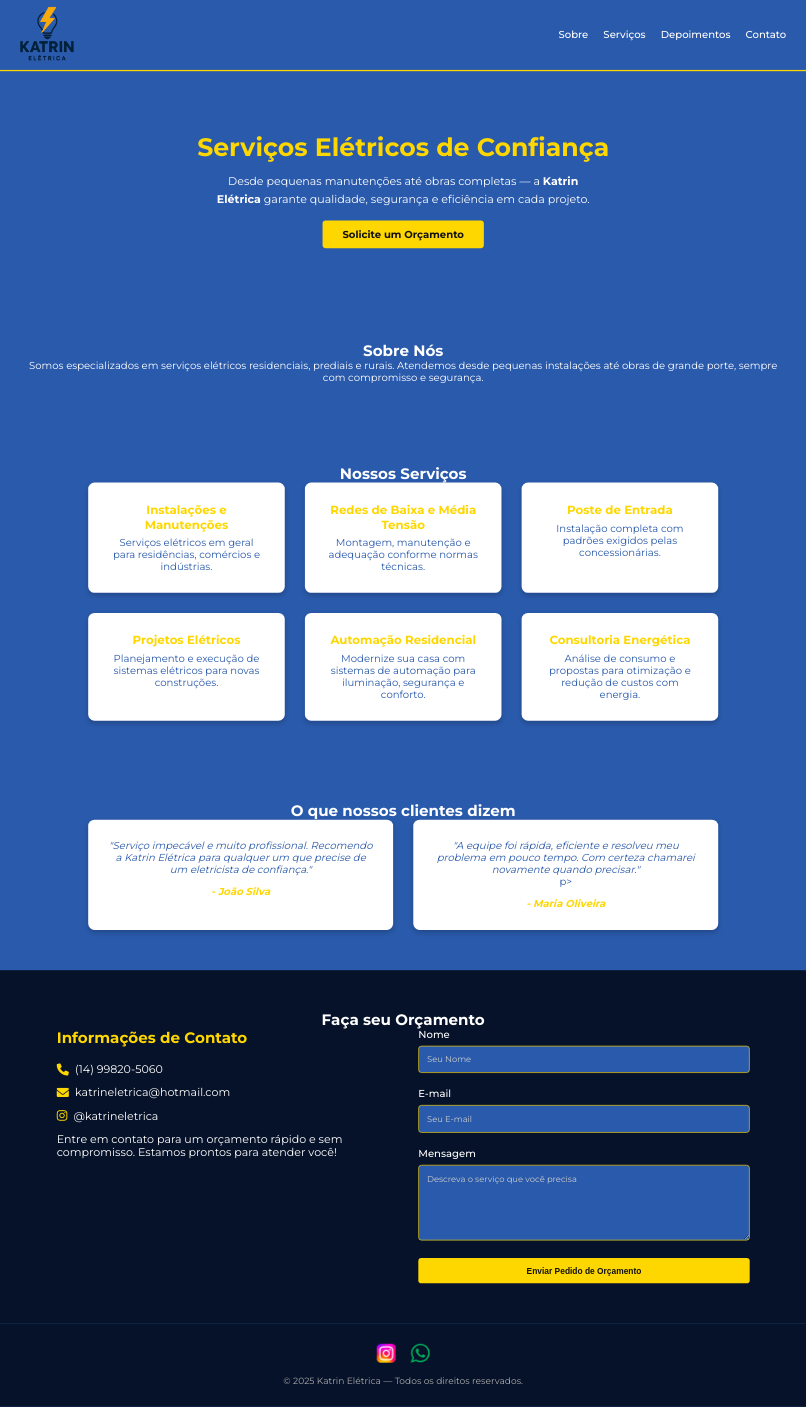
Repository: Jvcamargo1/katrin-site
Page: index.html
The author's editor kept a copy of each file at every save. The page is drawn from the files as they stood at one save, then again after the next save.
The browser window is 1280 px wide. The pictures show the whole page, at 63% of full size.

Above is the page before, as saved 2025-11-06 21:14:32.

After the next save:
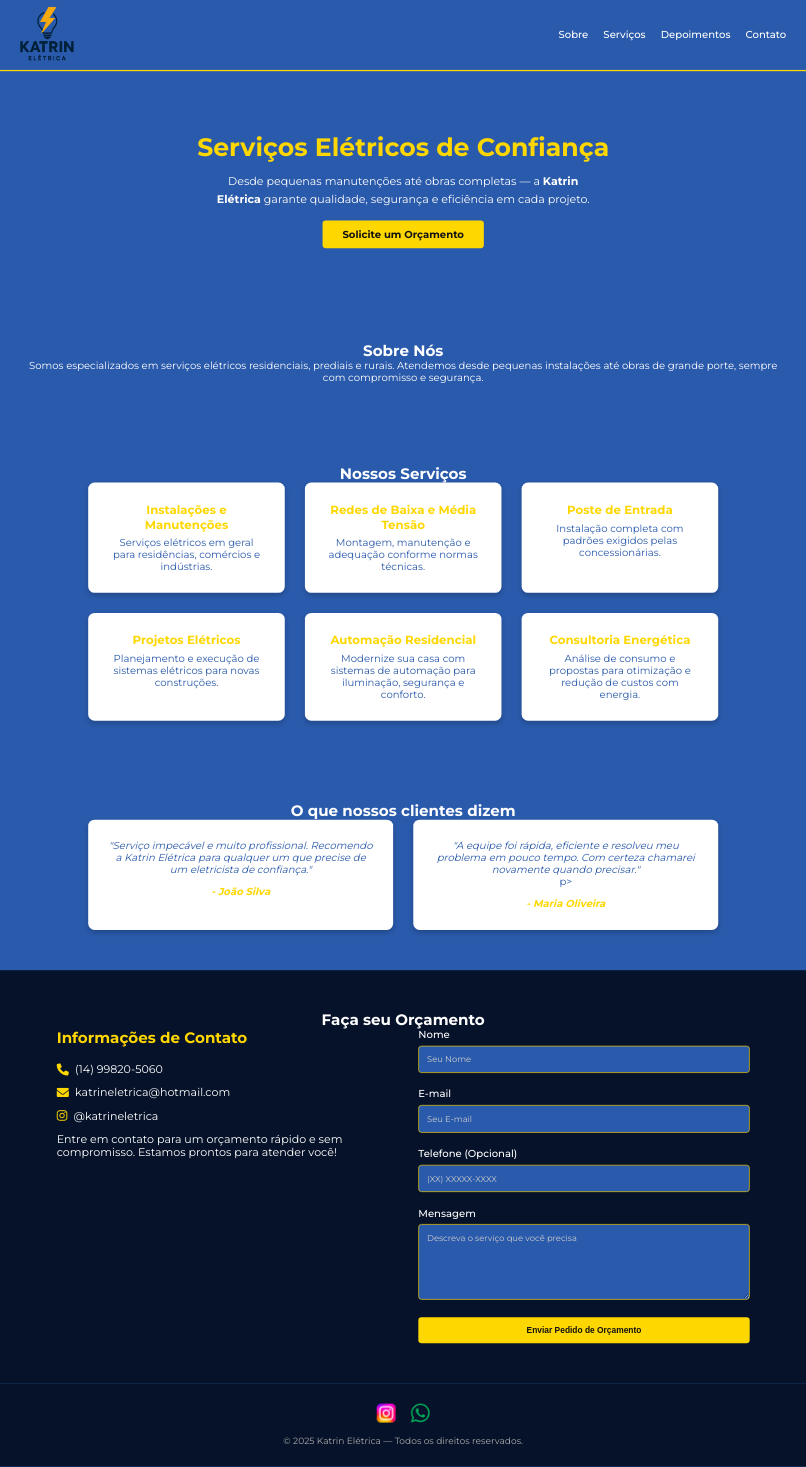
Saved 2 min 45 s later.
--- a/index.html
+++ b/index.html
@@ -102,6 +102,10 @@
               <input type="email" id="email" name="email" placeholder="Seu E-mail" required>
             </div>
             <div class="form-group">
+              <label for="telefone">Telefone (Opcional)</label>
+              <input type="tel" id="telefone" name="telefone" placeholder="(XX) XXXXX-XXXX">
+            </div>
+            <div class="form-group">
               <label for="mensagem">Mensagem</label>
               <textarea id="mensagem" name="mensagem" placeholder="Descreva o serviço que você precisa" required></textarea>
             </div>
@@ -137,6 +141,7 @@
       const data = {
         nome: formData.get('nome'),
         email: formData.get('email'),
+        telefone: formData.get('telefone'),
         mensagem: formData.get('mensagem'),
       };
 
